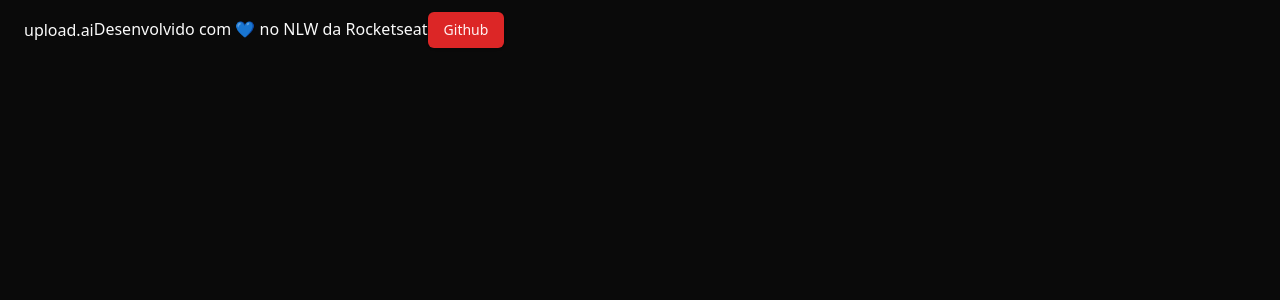
Repository: ricardolimati/upload-ai-web
Page: /
An editor plug-in stored every save of this project. The page is shown before and after a run of saves, followed by the edit.
The browser window is 1280 px wide. The pictures show the whole page.
The project was rebuilt for these pictures with package versions that can differ from the ones it lists, and the page was loaded fresh each time. Also part of the build but not shown: vite.config.ts.

Above is the page before, as saved 2023-09-11 23:06:57.

After the next 2 saves:
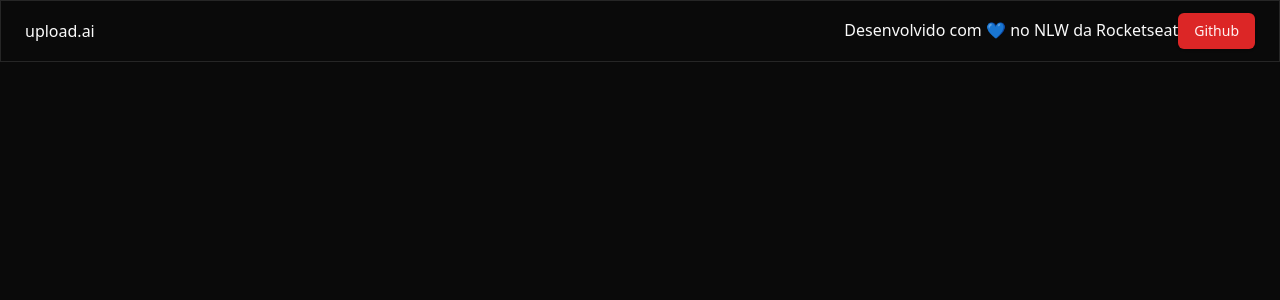
The 2 saves are shown as one change because they came seconds apart.
The last was saved 7 s later.
--- a/src/App.tsx
+++ b/src/App.tsx
@@ -3,7 +3,7 @@ import { Button } from "./components/ui/button";
 export function App() {
   return(
    <div>
-    <div className="px-6 py-3 flex items-center jus">
+    <div className="px-6 py-3 flex items-center justify-between border">
       <h1>upload.ai</h1>
       <div>
         <span>Desenvolvido com 💙 no NLW da Rocketseat</span>
